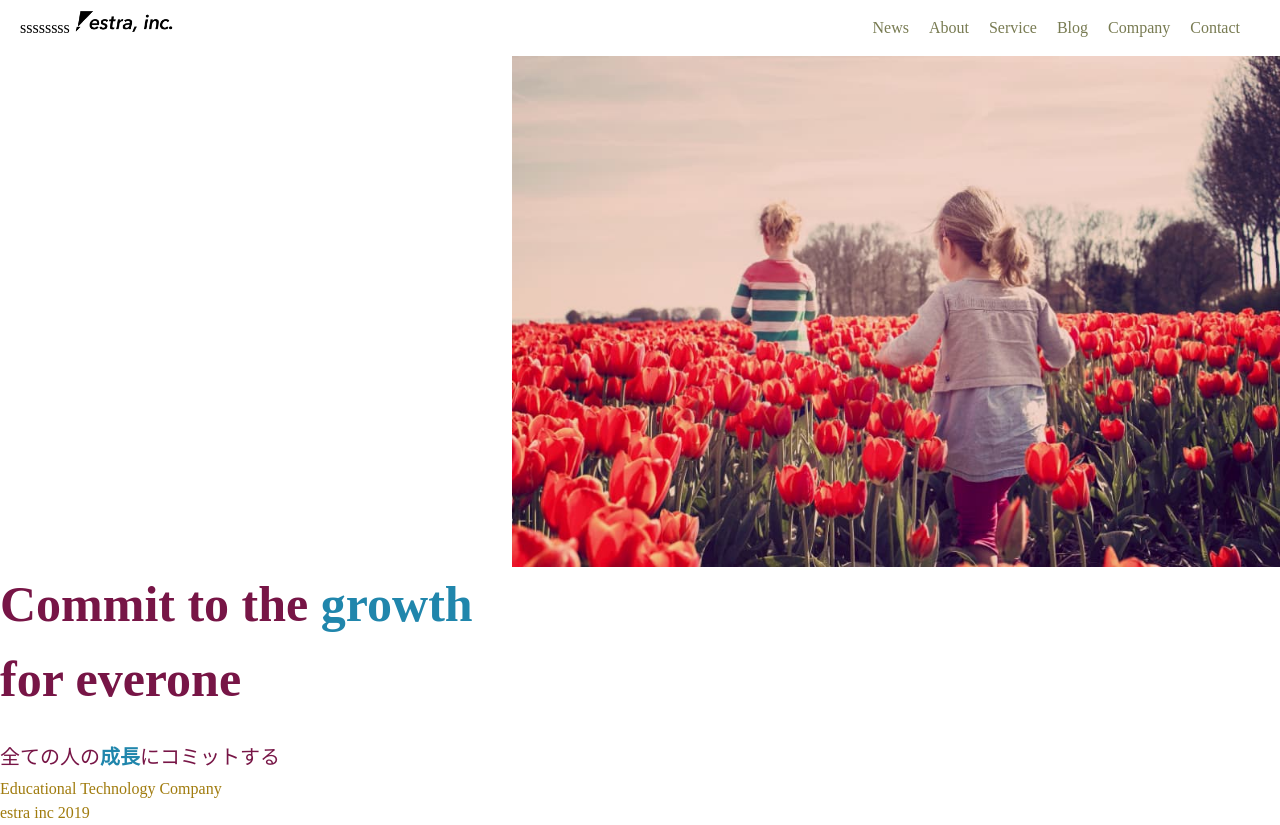
Repository: masanarimiura/20220504miura
Page: index.html
The author's editor kept a copy of each file at every save. The page is drawn from the files as they stood at one save, then again after a run of saves.
The browser window is 1280 px wide. The pictures show the whole page.
Some web fonts or font styles are not loaded; a fallback is used.

Above is the page before, as saved 2022-05-04 18:33:54.

After the next 2 saves:
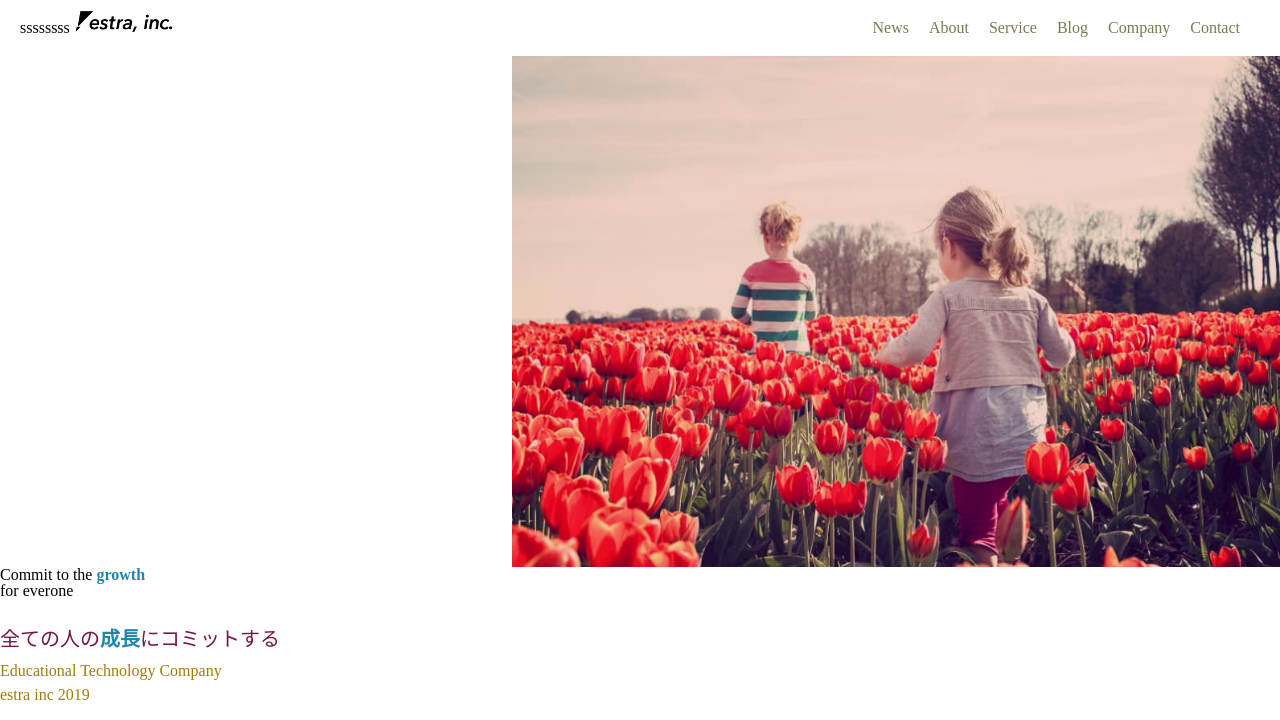
The 2 saves are shown as one change because they came seconds apart.
The last was saved 8 s later.
--- a/index.html
+++ b/index.html
@@ -45,22 +45,22 @@
 </header>
 <div class="firstview">
   <img src="img/firstview.jpg" alt="">
-  <div class="firstview-inner"></div>
-  <h2 class="firstview-ttl">
+  <div class="firstview-inner">
+    </ <h2 class="firstview-ttl">
     Commit to the <span class="firstview-text-emphasis">growth</span> <br>for everone
-  </h2>
-  <div class="firstview">
-    <p class="firstview-text">
-      全ての人の<span class="firstview-text-emphasis">成長</span>にコミットする
-    </p>
-    <p class="firstview-en">
-      Educational Technology Company <br>estra inc 2019
-    </p>
+    </h2>
+    <div class="firstview">
+      <p class="firstview-text">
+        全ての人の<span class="firstview-text-emphasis">成長</span>にコミットする
+      </p>
+      <p class="firstview-en">
+        Educational Technology Company <br>estra inc 2019
+      </p>
+    </div>
   </div>
-</div>
 
-<body>
+  <body>
 
-</body>
+  </body>
 
 </html>

After the save that followed:
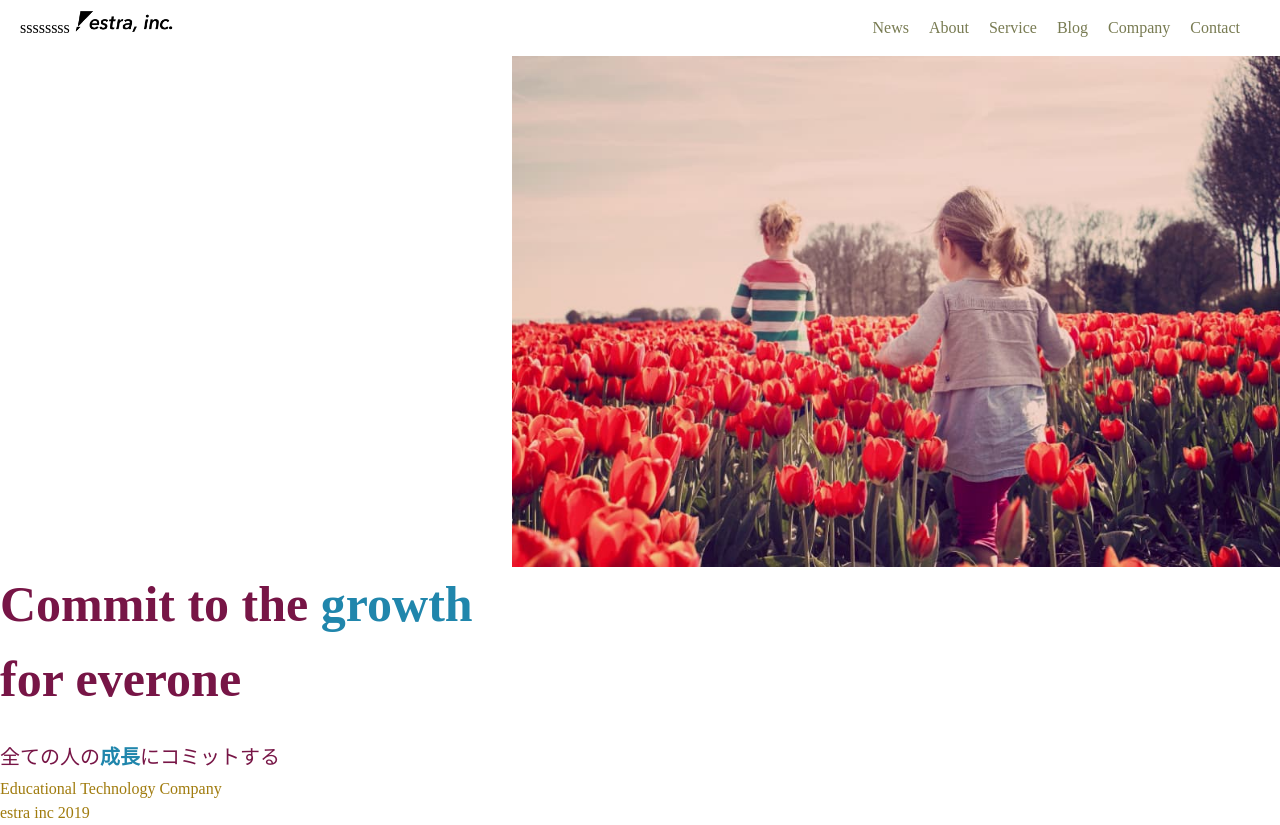
Saved 8 s later.
--- a/index.html
+++ b/index.html
@@ -45,22 +45,22 @@
 </header>
 <div class="firstview">
   <img src="img/firstview.jpg" alt="">
-  <div class="firstview-inner">
-    </ <h2 class="firstview-ttl">
+  <div class="firstview-inner"></div>
+  <h2 class="firstview-ttl">
     Commit to the <span class="firstview-text-emphasis">growth</span> <br>for everone
-    </h2>
-    <div class="firstview">
-      <p class="firstview-text">
-        全ての人の<span class="firstview-text-emphasis">成長</span>にコミットする
-      </p>
-      <p class="firstview-en">
-        Educational Technology Company <br>estra inc 2019
-      </p>
-    </div>
+  </h2>
+  <div class="firstview">
+    <p class="firstview-text">
+      全ての人の<span class="firstview-text-emphasis">成長</span>にコミットする
+    </p>
+    <p class="firstview-en">
+      Educational Technology Company <br>estra inc 2019
+    </p>
   </div>
+</div>
 
-  <body>
+<body>
 
-  </body>
+</body>
 
 </html>
